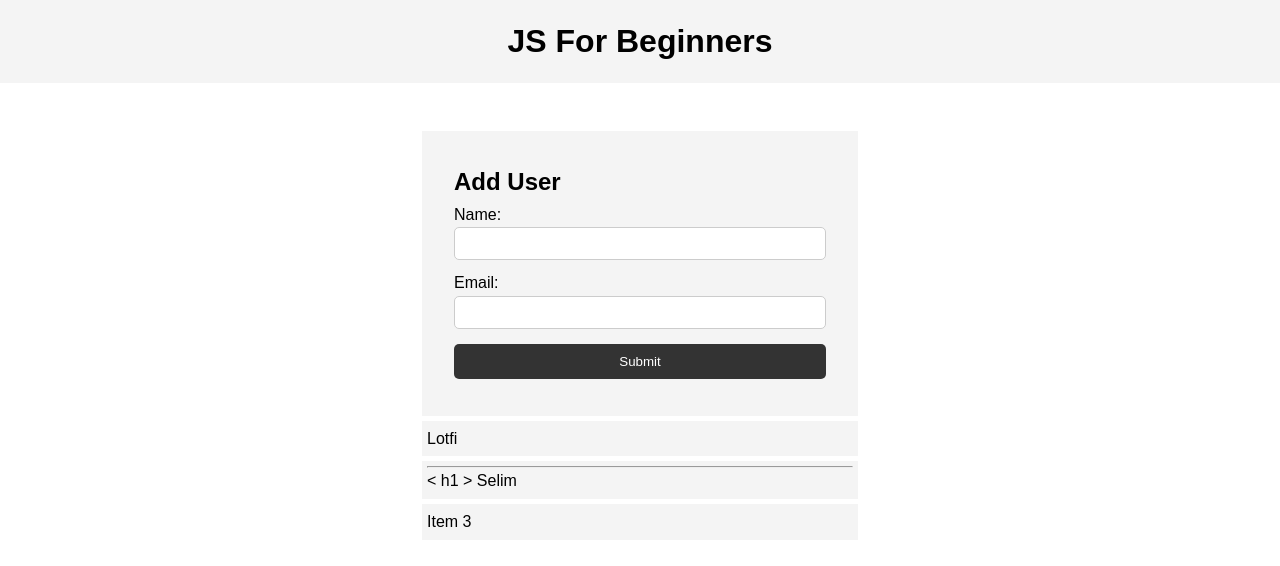
Repository: balkisys/FormationFullStackJS
Page: index.html
An editor plug-in stored every save of this project. The page is shown before and after the next save, followed by the edit.
The browser window is 1280 px wide. The pictures show the whole page.

Above is the page before, as saved 2021-03-20 13:20:16.
Console error: TypeError: Cannot set properties of undefined (setting 'backgroundColor')

After the next save:
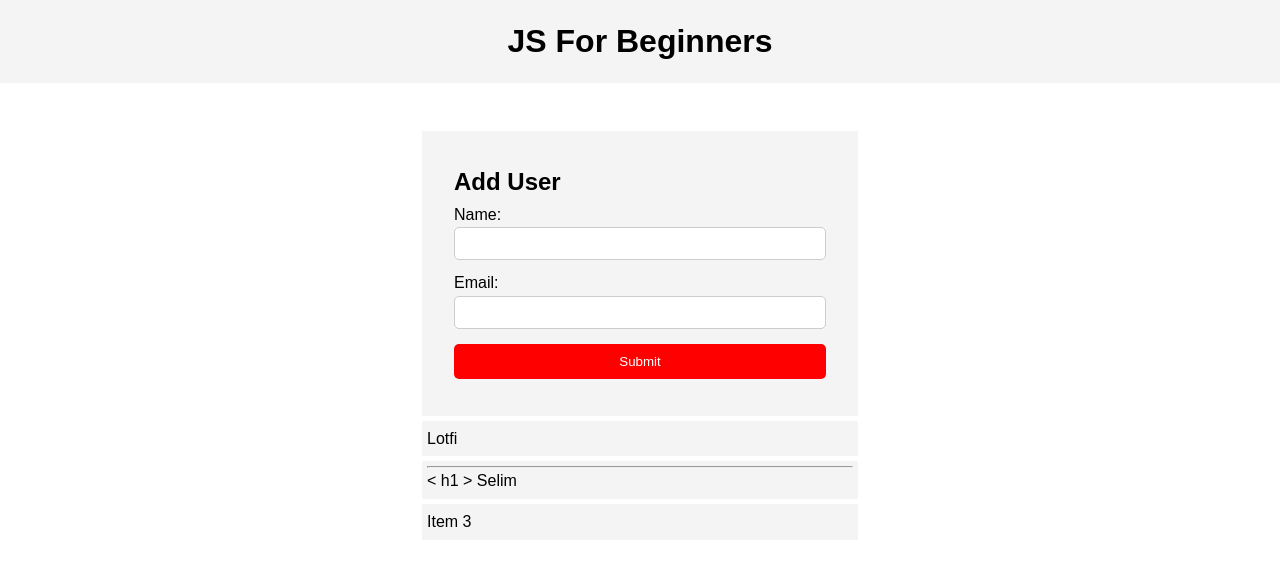
The error is gone.
Saved 15 s later.
--- a/test.js
+++ b/test.js
@@ -282,7 +282,7 @@ const todos = [
 ul.firstElementChild.textContent = 'Lotfi';
 ul.children[1].innerHTML = ' <hr></hr> < h1 > Selim</h1 > ';
 const btn = document.querySelector('.btn');
-btn.Style.backgroundColor = 'red';
+btn.style.backgroundColor = 'red';
 
 
 
